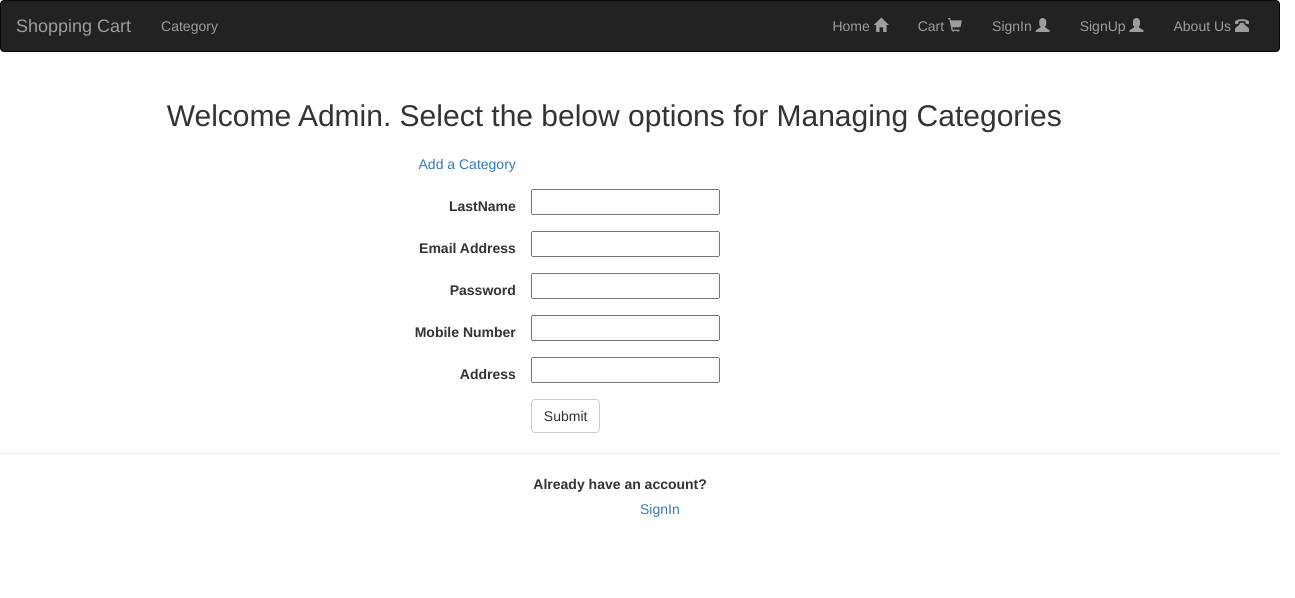
Repository: KaustubhKamat/ShoppingCartProject
Page: http://localhost/NewShoppingCart/WEB-INF/views/Category.jsp
The author's editor kept a copy of each file at every save. The page is drawn from the files as they stood at one save, then again after the next save.
The browser window is 1280 px wide. The page is 1295 px wide, so the pictures cover 1295 px, including what lies to the right of the window. The pictures show the whole page.
Some web libraries are served in a nearby version. The page is served by Tomcat 9. Nobody is signed in. Other server files are loaded and not shown. The template is opened directly, without the code that normally fills it, so the values that code supplies are empty.

Above is the page before, as saved 2017-01-12 06:26:34.

### NewShoppingCart/src/main/webapp/WEB-INF/views/Category.jsp
<%@ page language="java" contentType="text/html; charset=ISO-8859-1"
    pageEncoding="ISO-8859-1"%>
<!DOCTYPE html PUBLIC "-//W3C//DTD HTML 4.01 Transitional//EN" "http://www.w3.org/TR/html4/loose.dtd">
<%@ taglib uri="http://java.sun.com/jsp/jstl/core" prefix="c"%>
<%@ taglib uri="http://www.springframework.org/tags" prefix="spring"%>
<%@ taglib uri="http://www.springframework.org/tags/form" prefix="form"%>
<%@ taglib prefix="form" uri="http://www.springframework.org/tags/form"%>
<html>
<head>
<link rel="stylesheet"
	href="https://maxcdn.bootstrapcdn.com/bootstrap/3.3.7/css/bootstrap.min.css">
<script
	src="https://ajax.googleapis.com/ajax/libs/jquery/3.1.1/jquery.min.js"></script>
<script
	src="https://maxcdn.bootstrapcdn.com/bootstrap/3.3.7/js/bootstrap.min.js"></script>
<meta http-equiv="Content-Type" content="text/html; charset=ISO-8859-1">
<title>Insert title here</title>
</head>
<body>
<jsp:include page="NavBar.jsp"></jsp:include>

	<form class="form-horizontal">
		<div class="form-group">
		<h2 class="col-sm-10 control-label">Welcome Admin. Select the below options for Managing Categories</h2>
		</div>
		<div class="form-group">
			<a href="AddaCategory" class="col-sm-5 control-label">Add a Category</a>
			</div>
		</div>
		<div class="form-group">
			<label class="col-sm-5 control-label">LastName</label>
			<div class="col-sm-15">
				<input type="text" name="LastName"><br>
			</div>
		</div>
		<div class="form-group">
			<label class="col-sm-5 control-label">Email Address</label>
			<div class="col-sm-15">
				<input type="text" name="EmailId"><br>
			</div>
		</div>
		<div class="form-group">
			<label class="col-sm-5 control-label">Password</label>
			<div class="col-sm-15">
				<input type="password" name="password"><br>
			</div>
		</div>
		<div class="form-group">
			<label class="col-sm-5 control-label">Mobile Number</label>
			<div class="col-sm-15">
				<input type="text" name="MobileNo"><br>
			</div>
		</div>
		<div class="form-group">
			<label class="col-sm-5 control-label">Address</label>
			<div class="col-sm-15">
				<input type="text" name="Address"><br>
			</div>
		</div>
		<div class="form-group">
			<div class="col-sm-offset-5 col-sm-20">
				<button type="submit" class="btn btn-default">Submit</button>
			</div>
		</div>
		<hr>
		<div class="col-sm-offset-5 col-sm-15">
			<label class="col-sm-4control-label">Already have an account?</label>
		</div>
		<div class="col-sm-offset-6 col-sm-15">
			<a href="login">SignIn</a>
		</div>
	</form>
</body>
</html>

### NewShoppingCart/src/main/webapp/WEB-INF/views/NavBar.jsp
<%@ page language="java" contentType="text/html; charset=ISO-8859-1"
	pageEncoding="ISO-8859-1"%>
<%@ taglib uri="http://java.sun.com/jsp/jstl/core" prefix="c"%>
<!DOCTYPE html PUBLIC "-//W3C//DTD HTML 4.01 Transitional//EN" "http://www.w3.org/TR/html4/loose.dtd">
<html>
<head>
<meta http-equiv="Content-Type" content="text/html; charset=ISO-8859-1">
<title>Insert title here</title>
</head>
<style>
.navbar-default {
	background-color: #F75D59;
	font-size: medium;
}

.dropdown-menu>li>a:hover {
	background-color: silver;;
	background-image: none;
}
.LoggedInUser{
color: white;

}
</style>
<body>

	<nav class="navbar navbar-inverse">
	<div class="container-fluid">
		<div class="navbar-header">
			<button type="button" class="navbar-toggle collapsed"
				data-toggle="collapse" data-target="#bs-example-navbar-collapse-1"
				aria-expanded="false">
				<span class="sr-only">Toggle navigation</span> <span
					class="icon-bar"></span> <span class="icon-bar"></span> <span
					class="icon-bar"></span>
			</button>
			<a class="navbar-brand" href="Home">Shopping Cart</a>
			<ul class="nav navbar-nav navbar-right">
				<li><a href="CategoryList">Category</a>
				<%-- <li class="active"><a href=>Link <span class="sr-only">(current)</span></a></li>
				<c:forEach items="${categoryList}" var="category">
				<li class="dropdown"><a href="#" class="dropdown-toggle"
					data-toggle="dropdown" >${category.name} <span
						class="caret"></span></a>
					<ul class="dropdown-menu" role="menu">
					<c:forEach items="${category.products}" var="product">
						<li><a href="/AddProduct/getList?pid=${product.id}">${product.name}</a></li>

						</c:forEach>
					</ul> </li>
					</c:forEach>  --%>
		</li>
		</ul>
		</div>

		<!-- Collect the nav links, forms, and other content for toggling -->
		<div class="collapse navbar-collapse"
			id="bs-example-navbar-collapse-1">
			<ul class="nav navbar-nav">

			</ul>
			<form class="navbar-form navbar-left">


			</form>
			<ul class="nav navbar-nav navbar-right">
				<li><a href="Home">Home <span
						class="glyphicon glyphicon-home"></span></a>
				<li><a href="Cart">Cart <span
						class="glyphicon glyphicon-shopping-cart"></span></a></li>

				<c:if test="${not empty LoggedInUser}">
					<li>Welcome ${LoggedInUser}</li>
				</c:if>
				<c:if test="${empty LoggedInUser}">
					<li><a href="login">SignIn <span
							class="glyphicon glyphicon-user"></span></a></li>
				</c:if>


				<%-- <c:choose>
						<c:when test="${empty LoggedInUser}">
							<li><a href="login">SignIn <span class="glyphicon glyphicon-user"></span></a></li>
						</c:when>
						<c:otherwise>
							<li>${LoggedInUser}</li>
						</c:otherwise>
						</c:choose>  --%>

				<c:if test="${empty LoggedInUser}">
					<li><a href="Register">SignUp <span
							class="glyphicon glyphicon-user"></span></a></li>
				</c:if>
				<c:if test="${not empty LoggedInUser}">
					<li><a href="Logout">Logout</a></li>
				</c:if>

				<%-- <c:choose>
						<c:when test="${empty LoggedInUser} }">
						<li><a href="Register">SignUp </a></li>
						</c:when>
						<c:otherwise>
						<li><a href="Logout">LogOut </a></li>
						</c:otherwise>
						</c:choose>   --%>


				<li><a href="AboutUs">About Us <span
						class="glyphicon glyphicon-phone-alt"></span></a></li>

			</ul>

		</div>
		<!-- /.navbar-collapse -->
	</div>
	<!-- /.container-fluid --> </nav>


</body>
</html>

After the next save:
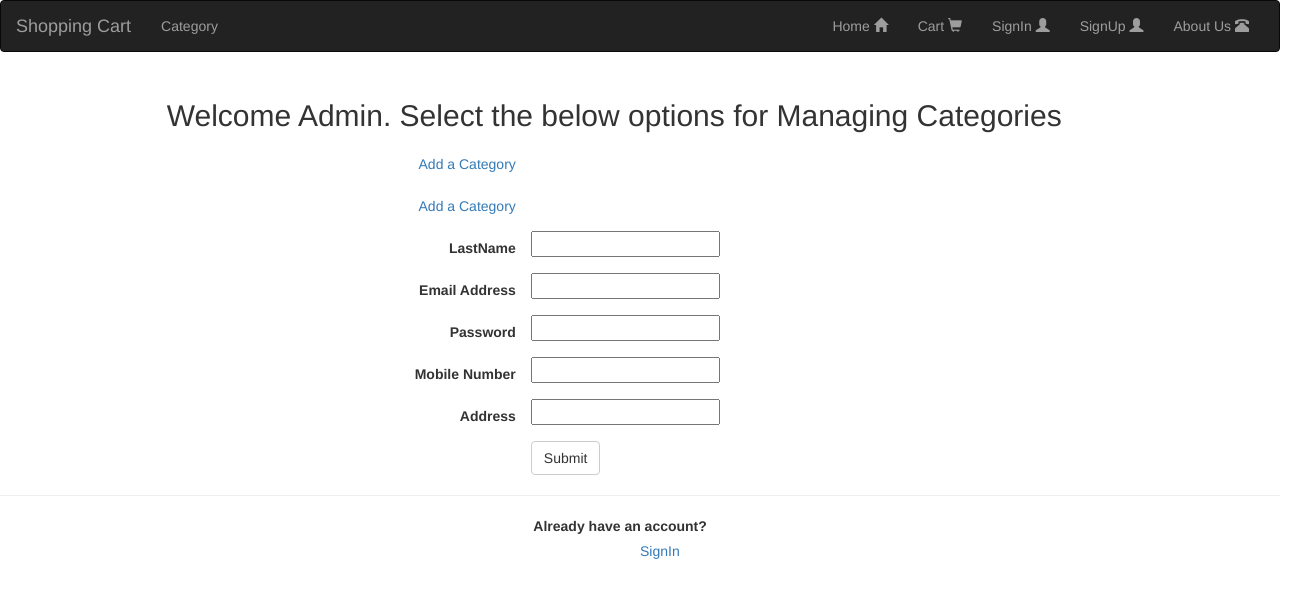
Saved 14 s later.
--- a/NewShoppingCart/src/main/webapp/WEB-INF/views/Category.jsp
+++ b/NewShoppingCart/src/main/webapp/WEB-INF/views/Category.jsp
@@ -22,6 +22,10 @@
 	<form class="form-horizontal">
 		<div class="form-group">
 		<h2 class="col-sm-10 control-label">Welcome Admin. Select the below options for Managing Categories</h2>
+		</div>
+		<div class="form-group">
+			<a href="AddaCategory" class="col-sm-5 control-label">Add a Category</a>
+			</div>
 		</div>
 		<div class="form-group">
 			<a href="AddaCategory" class="col-sm-5 control-label">Add a Category</a>
